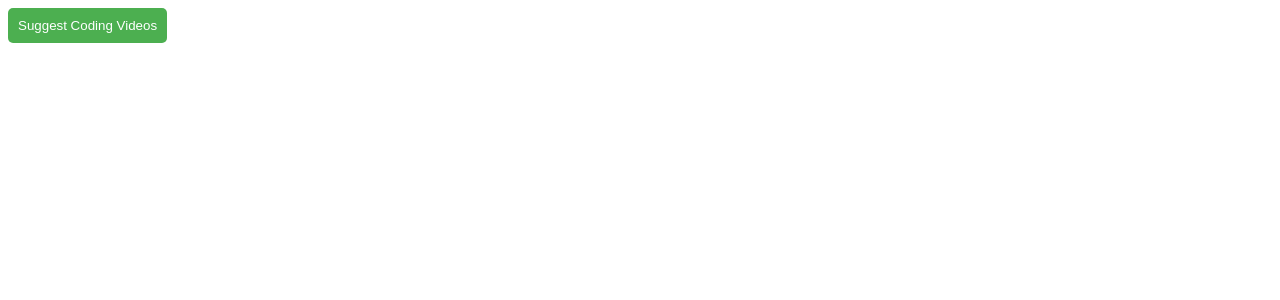
Repository: vijayholve/c-programs
Page: coding-video-suggester/popup.html
An editor plug-in stored every save of this project. The page is shown before and after the next save, followed by the edit.
The browser window is 1280 px wide. The pictures show the whole page.

Above is the page before, as saved 2024-06-05 09:45:30.
Console error: TypeError: Cannot read properties of null (reading 'addEventListener')

### coding-video-suggester/popup.html
<!DOCTYPE html>
<html>
  <head>
    <title>Coding Video Suggester</title>
    <link rel="stylesheet" type="text/css" href="styles.css">
  </head>
  <body>
    <button id="suggestButton">Suggest Coding Videos</button>
    <script src="popup.js"></script>
  </body>
</html>

### coding-video-suggester/styles.css
body {
  font-family: Arial, sans-serif;
}

h1 {
  font-size: 18px;
}

button {
  padding: 10px;
  background-color: #4CAF50;
  color: white;
  border: none;
  border-radius: 5px;
  cursor: pointer;
}

button:hover {
  background-color: #45a049;
}

### coding-video-suggester/popup.js
document.getElementById('suggest').addEventListener('click', () => {
  chrome.tabs.query({active: true, currentWindow: true}, (tabs) => {
    chrome.scripting.executeScript({
      target: {tabId: tabs[0].id},
      function: suggestCodingVideos
    });
  });
});

// Function to suggest coding-related videos (same as in content.js)
function suggestCodingVideos() {
  const videoTitles = document.querySelectorAll('h3.title');
  videoTitles.forEach(titleElement => {
    const title = titleElement.textContent;
    if (isCodingRelated(title)) {
      titleElement.style.border = "2px solid red";
    }
  });
}

function isCodingRelated(title) {
  const keywords = ["tutorial", "programming", "coding", "javascript", "python", "java", "html", "css"];
  return keywords.some(keyword => title.toLowerCase().includes(keyword));
}

After the next save:
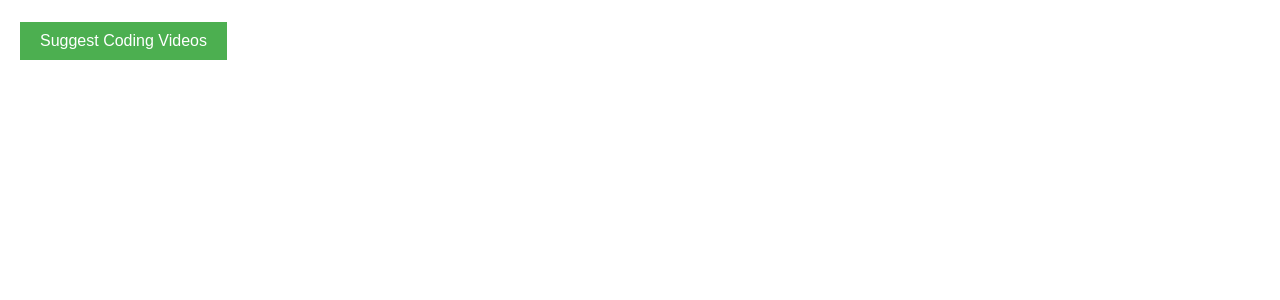
Saved 2 min 43 s later.
--- a/coding-video-suggester/styles.css
+++ b/coding-video-suggester/styles.css
@@ -1,20 +1,16 @@
 body {
   font-family: Arial, sans-serif;
+  padding: 10px;
 }
-
-h1 {
-  font-size: 18px;
-}
-
 button {
-  padding: 10px;
   background-color: #4CAF50;
   color: white;
   border: none;
-  border-radius: 5px;
+  padding: 10px 20px;
+  text-align: center;
+  text-decoration: none;
+  display: inline-block;
+  font-size: 16px;
+  margin: 4px 2px;
   cursor: pointer;
 }
-
-button:hover {
-  background-color: #45a049;
-}
